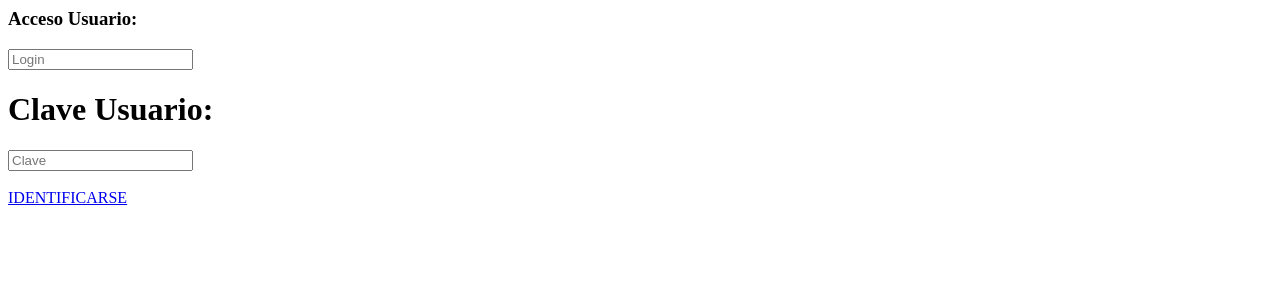
Repository: gamesrol/smartLament
Page: Cliente/partials/login.html
The author's editor kept a record of every edit. The page is drawn from the files as they stood at one moment, then again after the next edit.
The browser window is 1280 px wide. The pictures show the whole page.

Above is the page before.

### Cliente/partials/login.html
<div class=contenedorLogin>
    <h3>Acceso Usuario:</h1>
    <input type="text" class="LoginTxt" placeholder="Login"/>
    <h1>Clave Usuario:</h1>
    <input type="text" class="LoginTxt" placeholder="Clave"/>
    <br/><br/>
    <a href = "#/home">IDENTIFICARSE</a>
</div>

After the next edit:
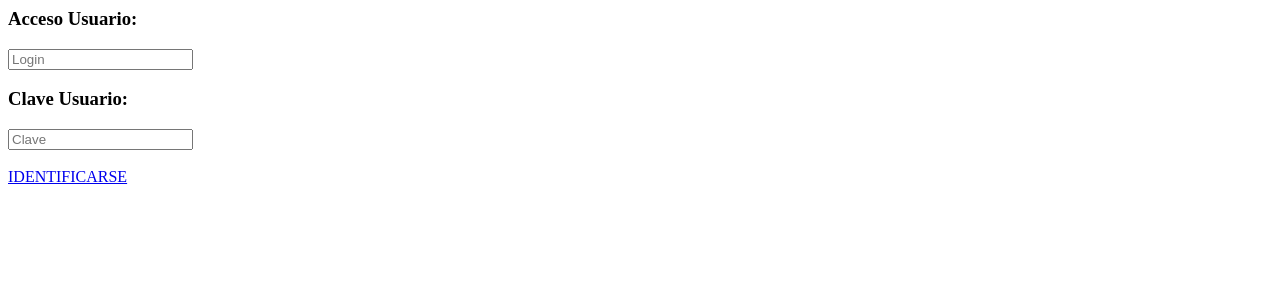
The edit:
--- a/Cliente/partials/login.html
+++ b/Cliente/partials/login.html
@@ -1,7 +1,7 @@
 <div class=contenedorLogin>
     <h3>Acceso Usuario:</h1>
     <input type="text" class="LoginTxt" placeholder="Login"/>
-    <h1>Clave Usuario:</h1>
+    <h3>Clave Usuario:</h1>
     <input type="text" class="LoginTxt" placeholder="Clave"/>
     <br/><br/>
     <a href = "#/home">IDENTIFICARSE</a>
